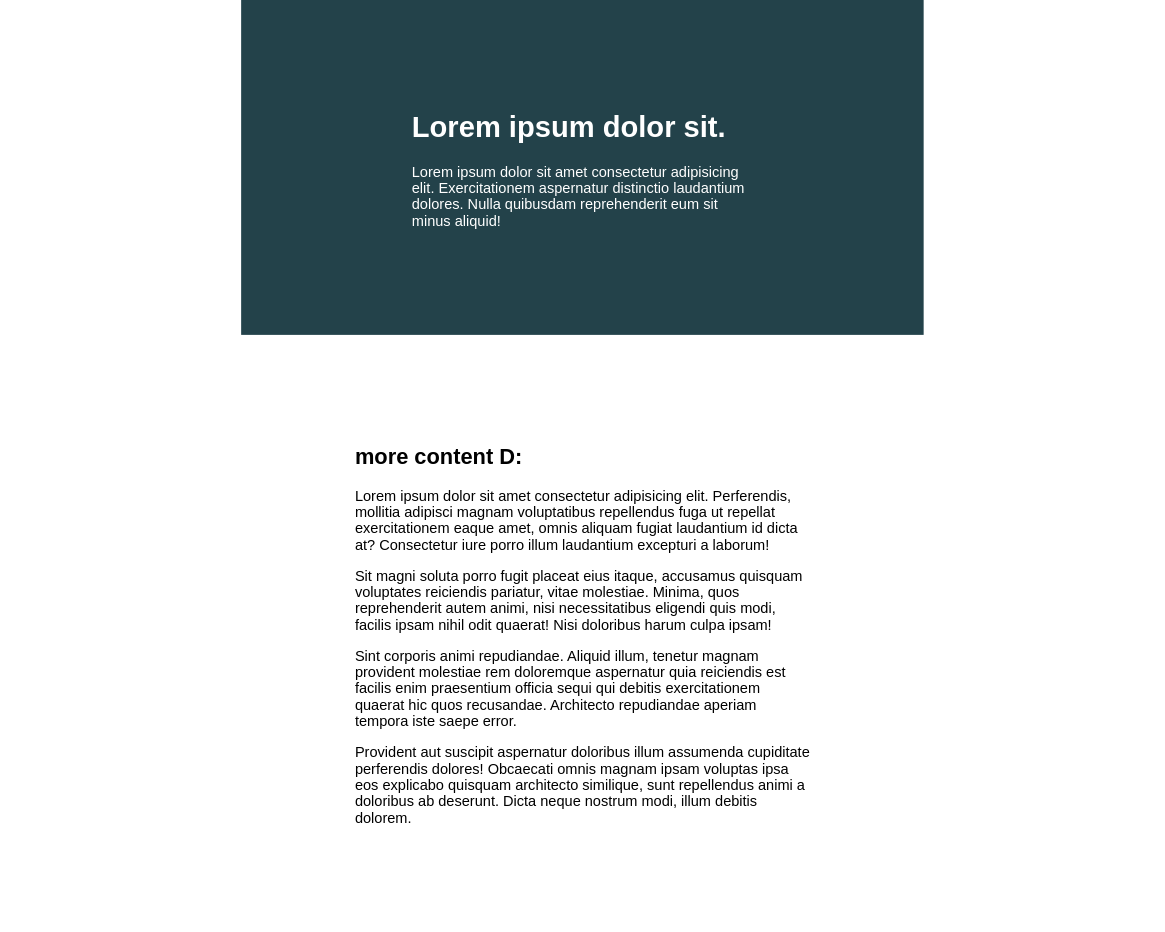
Repository: ufanodev/responsive-3
Page: index.html
The author's editor kept a copy of each file at every save. The page is drawn from the files as they stood at one save, then again after the next save.
The browser window is 1280 px wide. The pictures show the whole page, at 91% of full size.

Above is the page before, as saved 2022-12-10 19:44:05.

### index.html
<!DOCTYPE html>
<html lang="en">
<head>
    <meta charset="UTF-8">
    <meta name="viewport" content="width=device-width, initial-scale=1.0">
    <title>KP Responsive Course</title>

    <link rel="stylesheet" href="style.css">
</head>
<body>

    <div class="container">
        <div class="intro-content">
            <h1>Lorem ipsum dolor sit.</h1>
            <p>Lorem ipsum dolor sit amet consectetur adipisicing elit. Exercitationem aspernatur distinctio laudantium dolores. Nulla quibusdam reprehenderit eum sit minus aliquid!</p>
        </div>
    </div>

    <div class ="intro-content2">
        <h2>more content D:</h2>
            <p>Lorem ipsum dolor sit amet consectetur adipisicing elit. Perferendis, mollitia adipisci magnam voluptatibus repellendus fuga ut repellat exercitationem eaque amet, omnis aliquam fugiat laudantium id dicta at? Consectetur iure porro illum laudantium excepturi a laborum!</p>

            <p>Sit magni soluta porro fugit placeat eius itaque, accusamus quisquam voluptates reiciendis pariatur, vitae molestiae. Minima, quos reprehenderit autem animi, nisi necessitatibus eligendi quis modi, facilis ipsam nihil odit quaerat! Nisi doloribus harum culpa ipsam!</p>

            <p>Sint corporis animi repudiandae. Aliquid illum, tenetur magnam provident molestiae rem doloremque aspernatur quia reiciendis est facilis enim praesentium officia sequi qui debitis exercitationem quaerat hic quos recusandae. Architecto repudiandae aperiam tempora iste saepe error.</p>
            <p>Provident aut suscipit aspernatur doloribus illum assumenda cupiditate perferendis dolores! Obcaecati omnis magnam ipsam voluptas ipsa eos explicabo quisquam architecto similique, sunt repellendus animi a doloribus ab deserunt. Dicta neque nostrum modi, illum debitis dolorem.</p>
    </div>

</body>
</html>

### style.css
/* INSTRUCTIONS
 *
 * 1) Keep the text inside .intro-content
 *    in the same place, but have the background
 *    extend from one side of the viewport
 *    to the other, no matter how wide or narrow
 *    the browser is.
 *
 * 2) Limit the maximum width of the text in the
 *    bottom area.
 *
 * You may modify the HTML if needed
 * (you probably should for this challenge)
 *
 */

* {
  box-sizing: border-box;
}

body {
  margin: 0;
  font-family: sans-serif;
}

.container {
  width: 80%;
  max-width: 750px;
  margin: 0 auto;
  background: #23424a;
  color: white;
  padding: 50px 0;
}

.intro-content {
  width: 50%;
  max-width: 750px;
  margin: 0 auto;
  padding: 50px 0;
}

.intro-content2 {
  width: 50%;
  max-width: 500px;
  margin: 0 auto;
  padding: 100px 0;
}

After the next save:
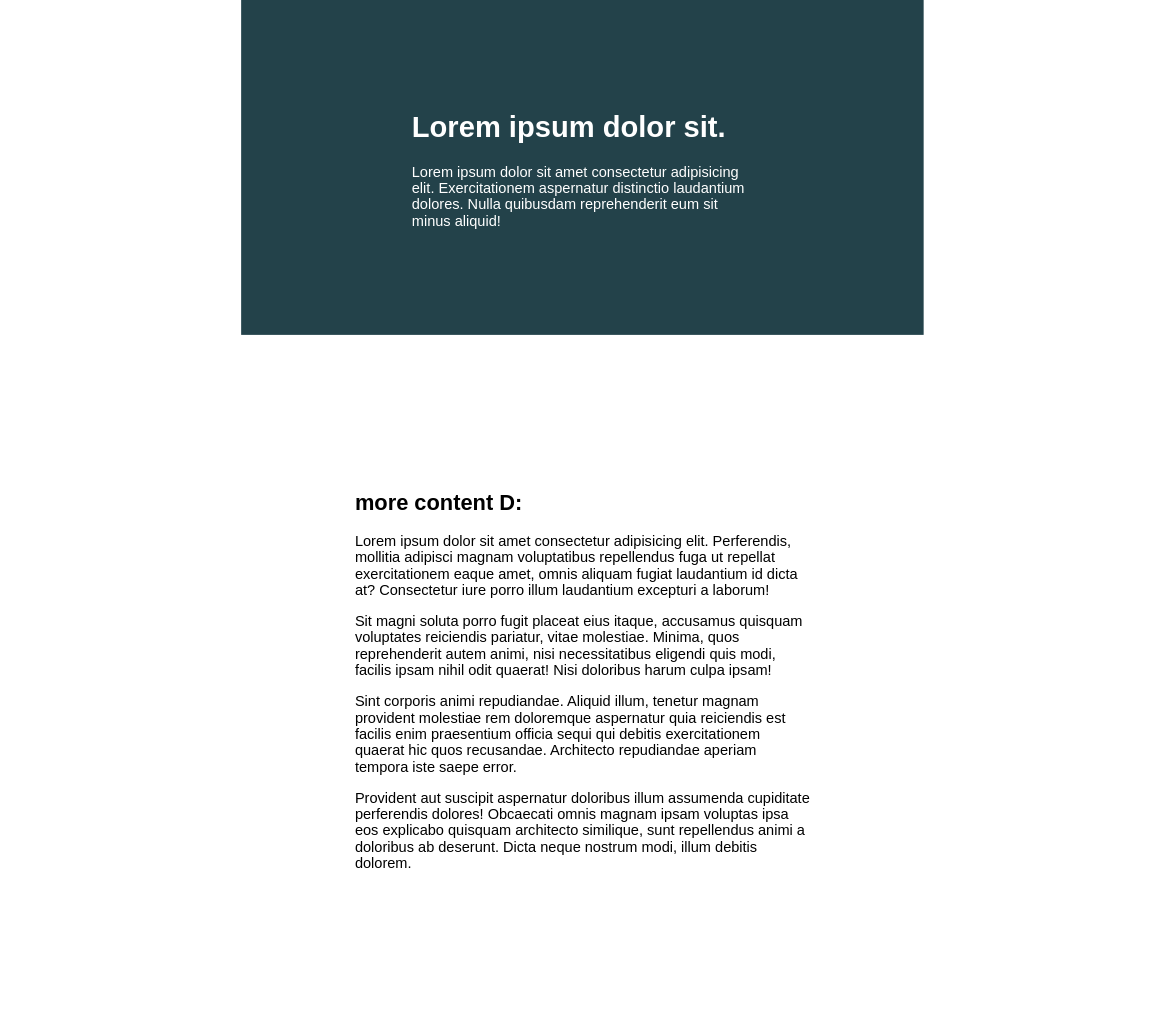
Saved 5 s later.
--- a/style.css
+++ b/style.css
@@ -43,5 +43,5 @@
   width: 50%;
   max-width: 500px;
   margin: 0 auto;
-  padding: 100px 0;
+  padding: 150px 0;
 }

After the save that followed:
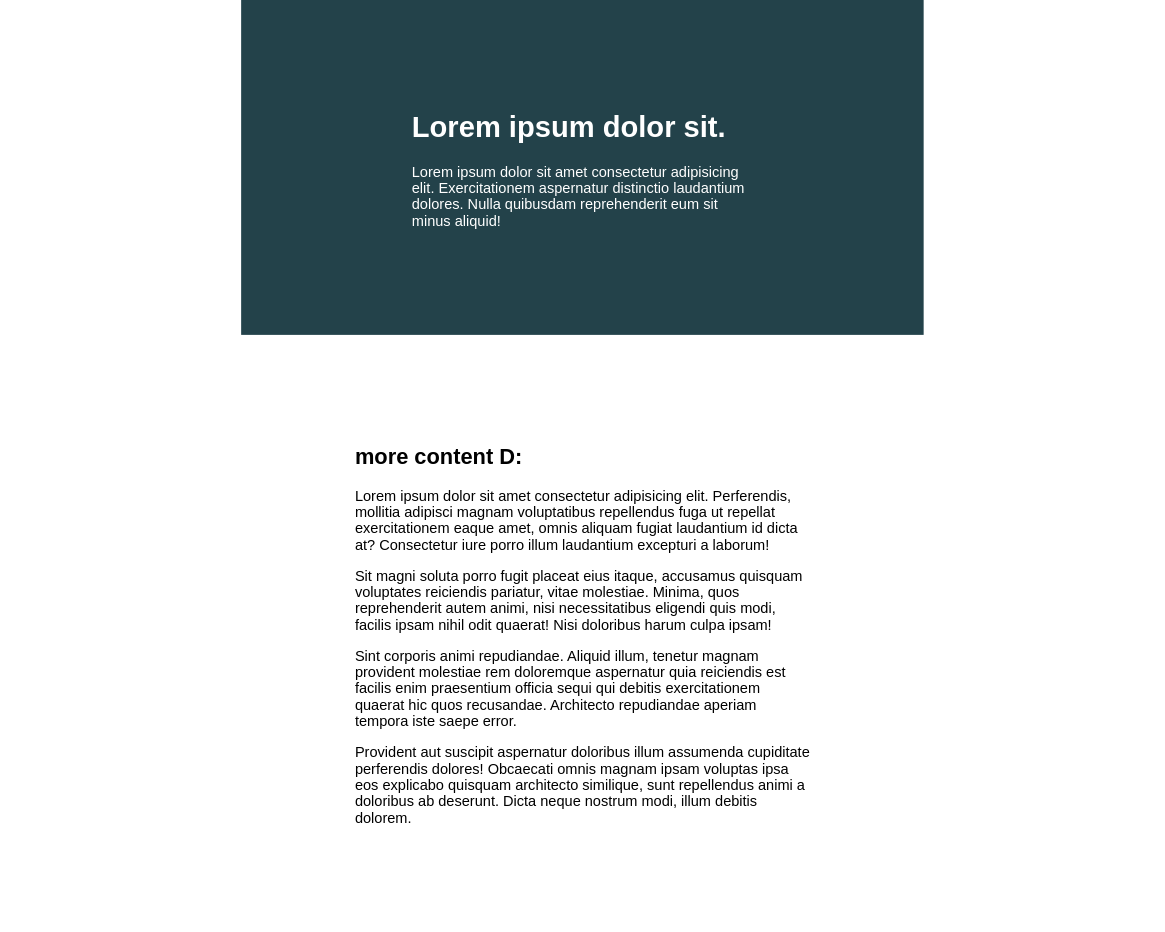
Saved 9 s later.
--- a/style.css
+++ b/style.css
@@ -43,5 +43,5 @@
   width: 50%;
   max-width: 500px;
   margin: 0 auto;
-  padding: 150px 0;
+  padding: 100px 0;
 }
